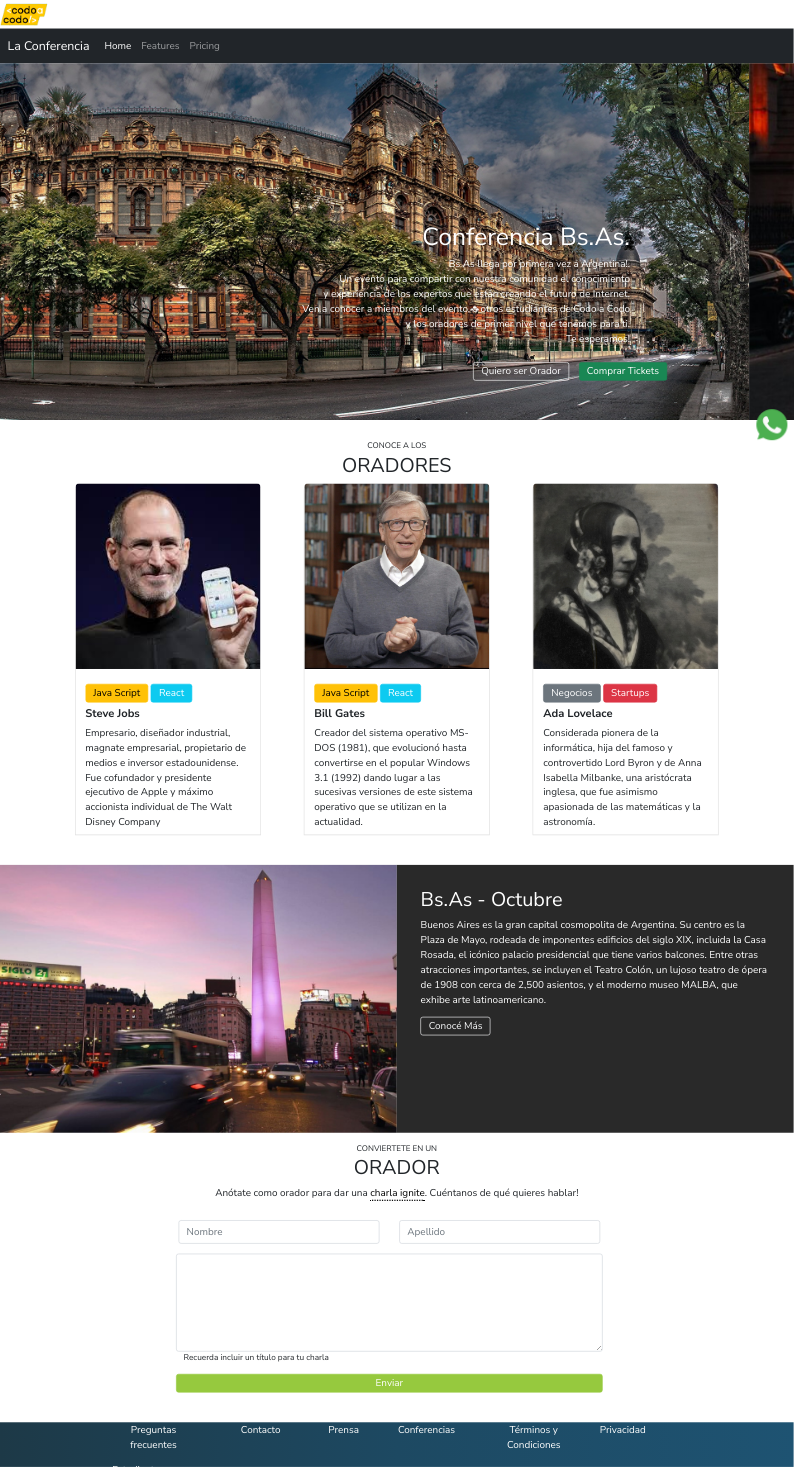
Repository: Melire/trabajo-final-BS
Page: index.html
An editor plug-in stored every save of this project. The page is shown before and after a run of saves, followed by the edit.
The browser window is 1280 px wide. The pictures show the whole page, at 62% of full size.

Above is the page before, as saved 2023-05-11 17:26:11.

After the next 2 saves:
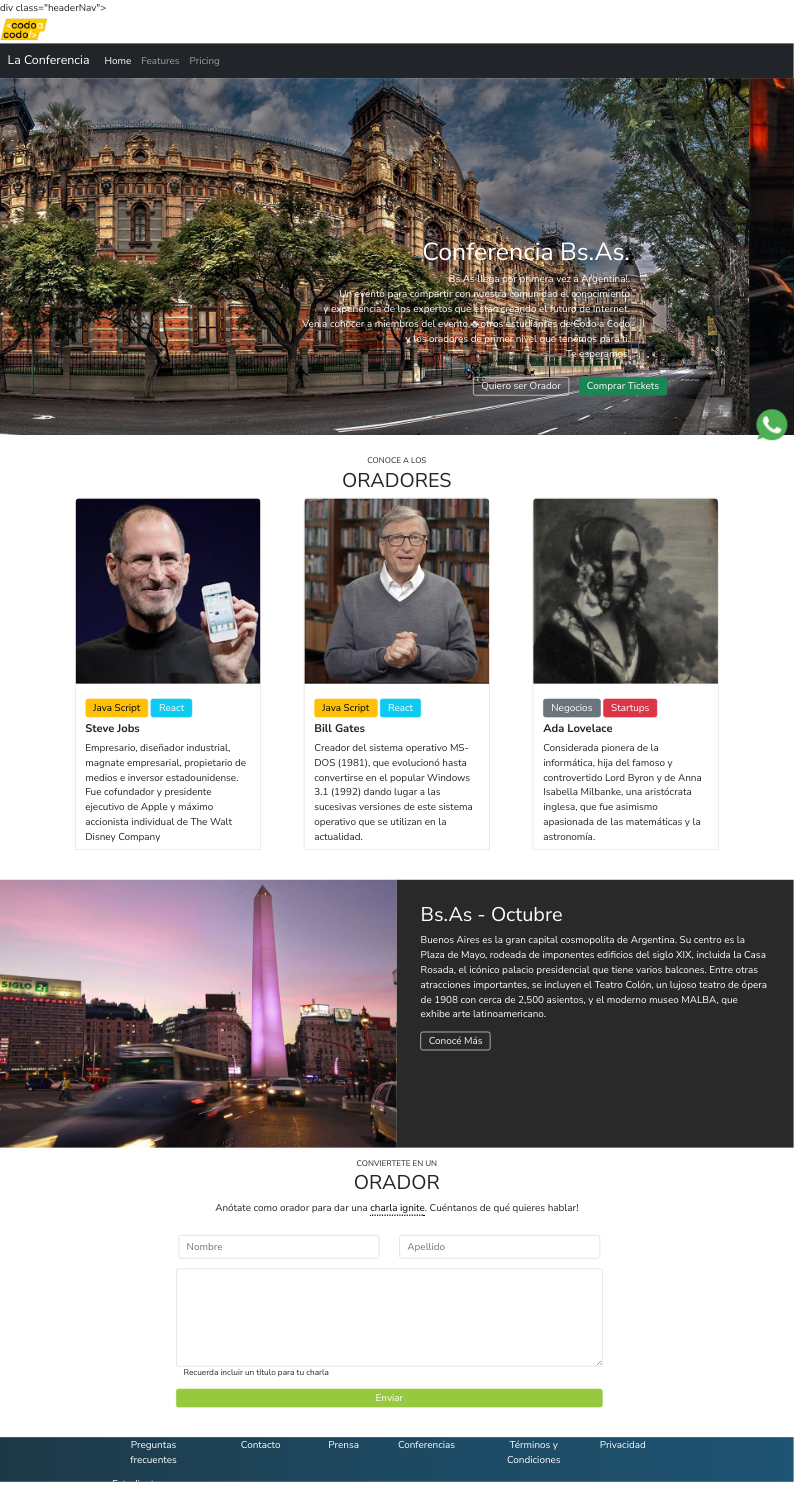
The 2 saves are shown as one change because they came seconds apart.
The last was saved 28 s later.
--- a/index.html
+++ b/index.html
@@ -15,15 +15,15 @@
 
 <body>
     <header class="header">
-        <div class="headerNav">
+
+            <!--barra de navegacion BS-->
+            div class="headerNav">
             <div class="contenedorLogo">
                 <a href="https://www.buenosaires.gob.ar/educacion/codo-codo" target="_blank">
                     <img src="./assets/img/codoacodo.png" alt="Logo">
                 </a>
                 <h2>Conf. Bs.As.</h2>
             </div>
-            <!--barra de navegacion BS-->
-
             <nav class="navbar navbar-expand-lg navbar-dark bg-dark">
                 <div class="container-fluid">
                   <a class="navbar-brand" href="#laConferencia">La Conferencia</a>

After the save that followed:
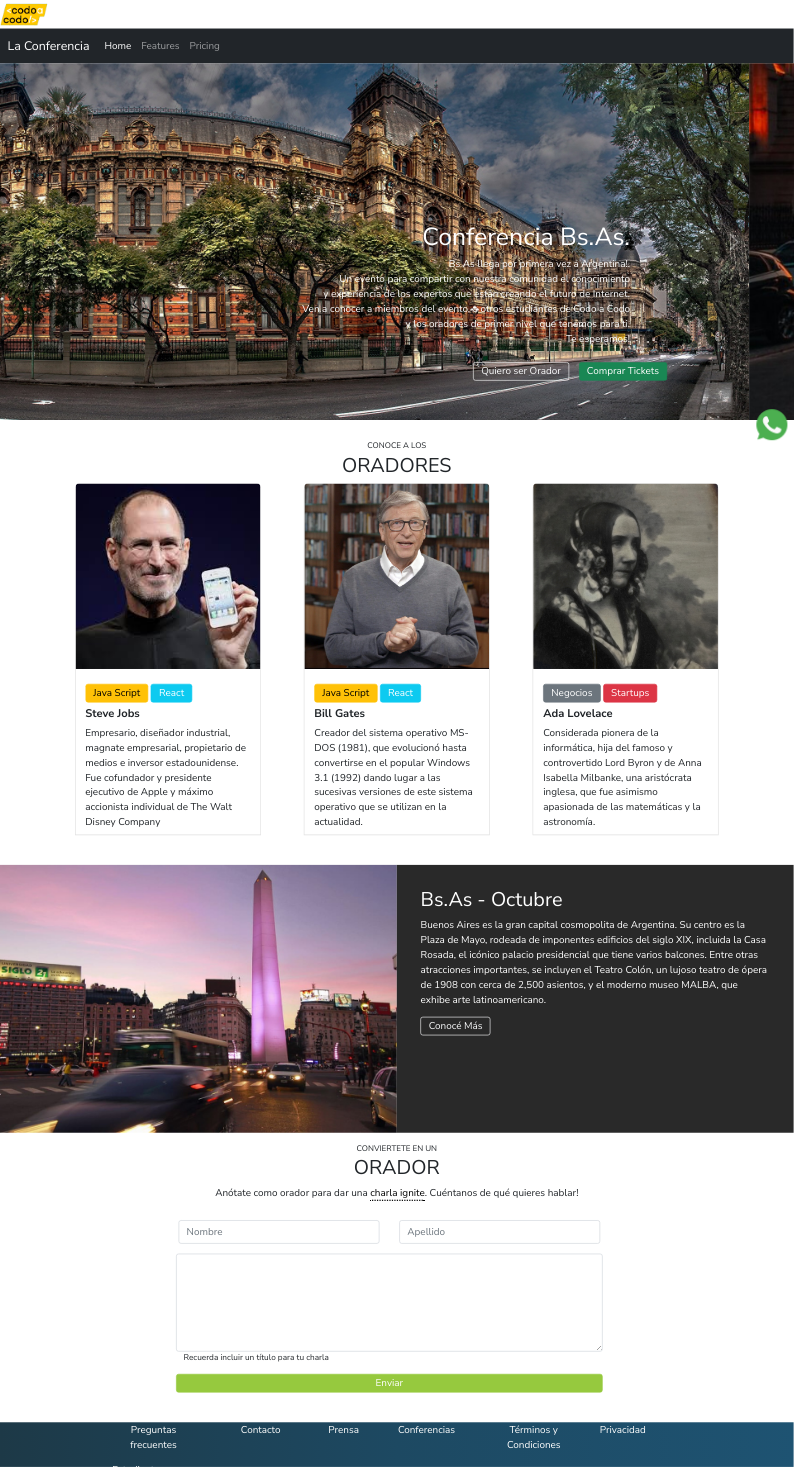
Saved 6 s later.
--- a/index.html
+++ b/index.html
@@ -17,7 +17,7 @@
     <header class="header">
 
             <!--barra de navegacion BS-->
-            div class="headerNav">
+            <div class="headerNav">
             <div class="contenedorLogo">
                 <a href="https://www.buenosaires.gob.ar/educacion/codo-codo" target="_blank">
                     <img src="./assets/img/codoacodo.png" alt="Logo">
